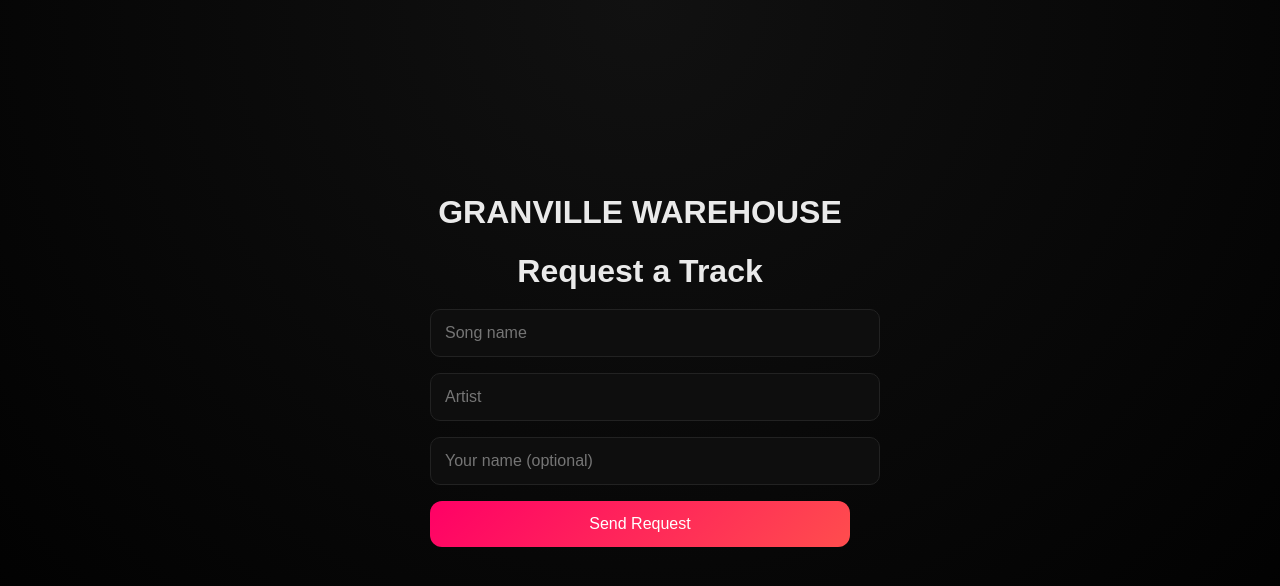
Repository: AryanHeravi/DJ-Request
Page: song_request.html
The author's editor kept a copy of each file at every save. The page is drawn from the files as they stood at one save, then again after the next save.
The browser window is 1280 px wide. The pictures show the whole page.

Above is the page before, as saved 2026-01-27 22:55:11.
Console error: ReferenceError: emailjs is not defined

### song_request.html
<!DOCTYPE html>
<html lang="en">
<head>
<meta charset="UTF-8" />
<meta name="viewport" content="width=device-width, initial-scale=1.0"/>
<title>Song Request</title>

<script src="https://cdn.jsdelivr.net/npm/emailjs-com@3/dist/email.min.js"></script>

<style>
body {
    margin: 0;
    background: radial-gradient(circle at top, #111, #000);
    font-family: 'Montserrat', sans-serif;
    color: #eaeaea;
    display: flex;
    justify-content: center;
    align-items: center;
    height: 100vh;
}

.container {
    width: 90%;
    max-width: 420px;
    text-align: center;
}

.status {
    font-size: 0.85rem;
    letter-spacing: 2px;
    margin-bottom: 0.5rem;
}

.status.open { color: #00ff9c; }
.status.closed { color: #ff4d4d; }

.countdown {
    font-size: 0.95rem;
    color: #aaa;
    margin-bottom: 1rem;
}

.note {
    font-size: 0.8rem;
    color: #777;
    line-height: 1.4;
    margin-bottom: 1.2rem;
}

h1 {
    font-size: 2rem;
    margin-bottom: 1.2rem;
}

input {
    width: 100%;
    padding: 14px;
    margin-bottom: 1rem;
    background: #0e0e0e;
    border: 1px solid #222;
    border-radius: 10px;
    color: #fff;
    font-size: 1rem;
}

button {
    width: 100%;
    padding: 14px;
    background: linear-gradient(135deg, #ff0066, #ff4d4d);
    border: none;
    border-radius: 12px;
    color: #fff;
    font-size: 1rem;
    cursor: pointer;
}

.hidden { display: none; }

.thank-you {
    font-size: 1.1rem;
    margin-bottom: 1rem;
}

.tip-note {
    font-size: 0.9rem;
    color: #aaa;
    margin-bottom: 1rem;
}

.review-btn {
    background: #1a1a1a;
    border: 1px solid #333;
}
</style>
</head>

<body>
<div class="container">

    <div id="status" class="status"></div>
    <div id="countdown" class="countdown"></div>
    <h1>GRANVILLE WAREHOUSE</h1>
    <div id="note" class="note hidden">
        We appreciate you using this song request web app.<br>
        Please use it <strong>Thursday to Monday, 8:00 PM – 2:00 AM</strong>.
    </div>

    <form id="songForm">
        <h1 id="headline">Request a Track</h1>

        <input type="text" name="song" placeholder="Song name" required />
        <input type="text" name="artist" placeholder="Artist" required />
        <input type="text" name="name" placeholder="Your name (optional)" />

        <button type="submit">Send Request</button>
    </form>

    <div id="thankYou" class="hidden">
        <div class="thank-you">
            Thanks for submitting a song request.<br>
            If approved, it will be played shortly.
        </div>

        <div class="tip-note">
            💸 Tip jar beside the DJ booth — always appreciated.
        </div>

        <a href="https://reviewthis.biz/gr989" target="_blank">
            <button class="review-btn">Leave a Google Review</button>
        </a>
    </div>

</div>

<script>
emailjs.init('6o_OSihC1KZB6rAKo');

const form = document.getElementById('songForm');
const thankYou = document.getElementById('thankYou');
const statusEl = document.getElementById('status');
const countdownEl = document.getElementById('countdown');
const headline = document.getElementById('headline');
const note = document.getElementById('note');

const workingDays = [0,1,4,5,6]; // Sun, Mon, Thu, Fri, Sat
const openHour = 20;

function getNextOpening() {
    const now = new Date();

    for (let i = 0; i < 7; i++) {
        const d = new Date(now);
        d.setDate(now.getDate() + i);
        d.setHours(openHour,0,0,0);

        if (workingDays.includes(d.getDay()) && d > now) {
            return d;
        }
    }
}

function isOpen() {
    const now = new Date();
    const day = now.getDay();
    const hour = now.getHours();
    const min = now.getMinutes();

    const isDay = workingDays.includes(day);
    const isHour =
        (hour >= 20 && hour <= 23) ||
        (hour >= 0 && hour < 2);

    return { isDay, isHour, hour, min };
}

function updateCountdown(target) {
    const now = new Date();
    const diff = target - now;

    const days = Math.floor(diff / 86400000);
    const hours = Math.floor((diff % 86400000) / 3600000);
    const minutes = Math.floor((diff % 3600000) / 60000);
    const seconds = Math.floor((diff % 60000) / 1000);

    countdownEl.textContent =
        `Requests open in ${days}d ${hours}h ${minutes}m ${seconds}s`;
}

function updateUI() {
    const now = new Date();
    const { isDay, isHour, hour, min } = isOpen();

    if (isDay && isHour) {
        statusEl.textContent = "OPEN";
        statusEl.className = "status open";
        countdownEl.textContent = "";
        note.classList.add('hidden');

        headline.textContent =
            (hour === 1 && min >= 30)
            ? "Last Call for Requests"
            : "Request a Track";

        form.classList.remove('hidden');
    } else {
        statusEl.textContent = "CLOSED";
        statusEl.className = "status closed";
        form.classList.add('hidden');
        note.classList.remove('hidden');

        const nextOpen = getNextOpening();
        updateCountdown(nextOpen);
    }
}

setInterval(updateUI, 1000);
updateUI();

form.addEventListener('submit', function(e) {
    e.preventDefault();

    emailjs.sendForm(
        'service_rl9aj5f',
        'template_nrix76r',
        this
    ).then(() => {
        form.classList.add('hidden');
        thankYou.classList.remove('hidden');
    });
});
</script>
</body>
</html>

After the next save:
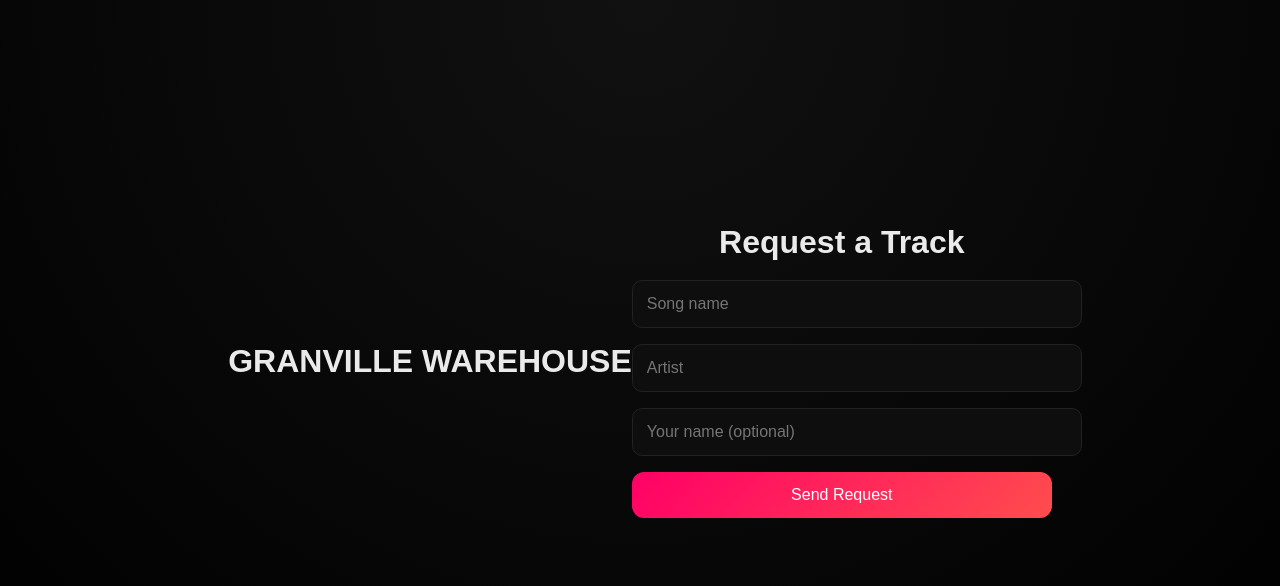
Saved 13 s later.
--- a/song_request.html
+++ b/song_request.html
@@ -93,13 +93,13 @@
 }
 </style>
 </head>
-
+<h1>GRANVILLE WAREHOUSE</h1>
 <body>
 <div class="container">
 
     <div id="status" class="status"></div>
     <div id="countdown" class="countdown"></div>
-    <h1>GRANVILLE WAREHOUSE</h1>
+
     <div id="note" class="note hidden">
         We appreciate you using this song request web app.<br>
         Please use it <strong>Thursday to Monday, 8:00 PM – 2:00 AM</strong>.

After the save that followed:
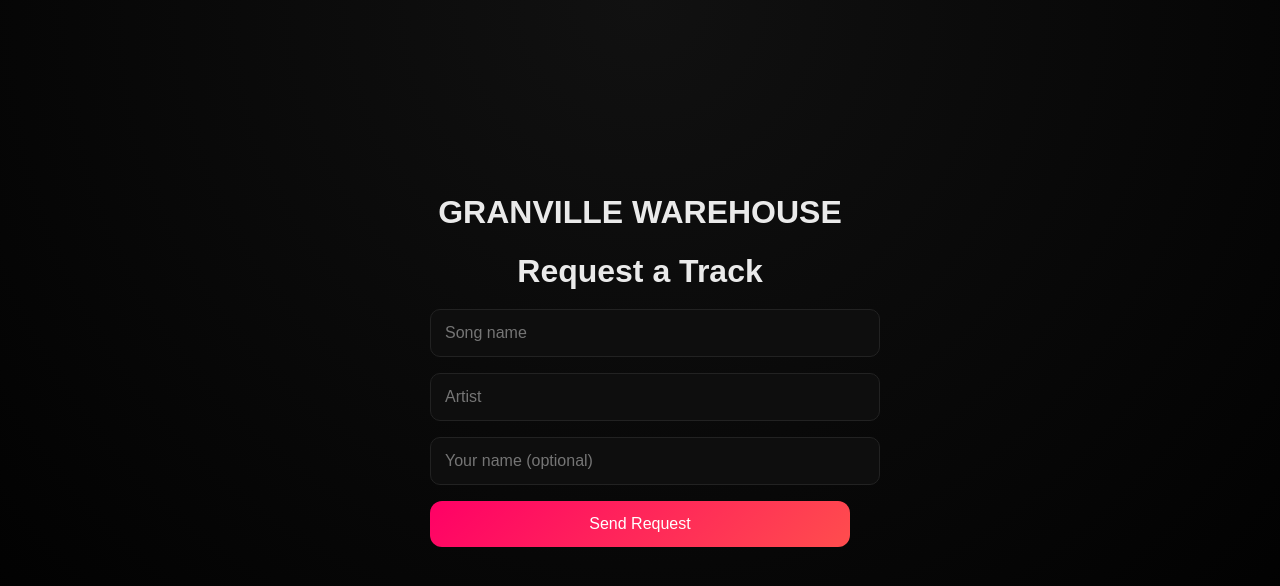
Saved 8 s later.
--- a/song_request.html
+++ b/song_request.html
@@ -93,10 +93,10 @@
 }
 </style>
 </head>
-<h1>GRANVILLE WAREHOUSE</h1>
+
 <body>
 <div class="container">
-
+<h1>GRANVILLE WAREHOUSE</h1>
     <div id="status" class="status"></div>
     <div id="countdown" class="countdown"></div>
 
